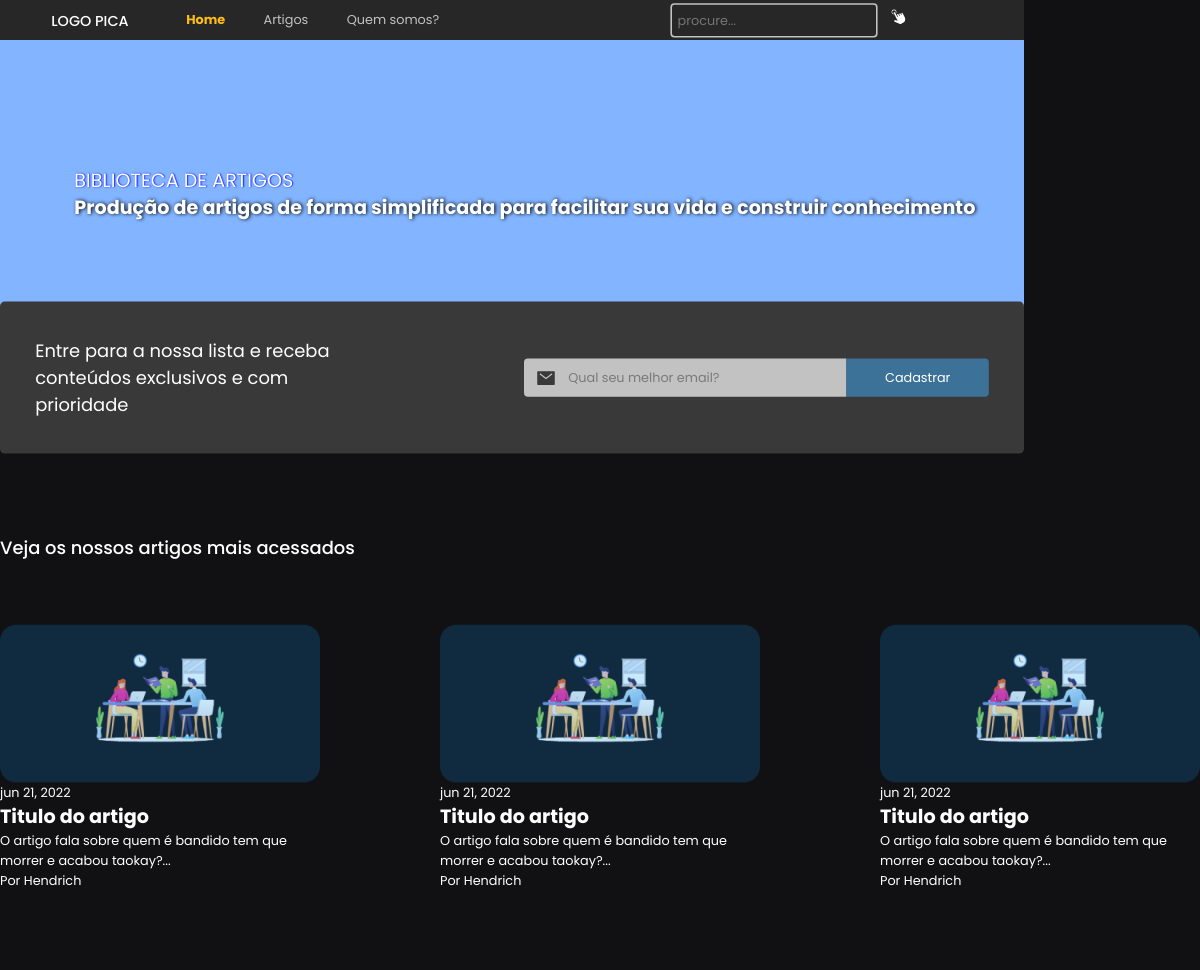
Repository: ArthurHendrich/Inepto
Page: /
These files come from the project's save history. The page is drawn as it stood at one moment and after a run of saves; the edit follows.
The browser window is 1280 px wide. The page is 1500 px wide, then 1280 px, so the pictures cover 1500 px, including what lies to the right of the window. The pictures show the whole page, at 80% of full size.
The project was rebuilt for these pictures with package versions that can differ from the ones it lists, and the page was loaded fresh each time. The framework's server and built-in components were replaced by stand-ins that run in the browser. Also part of the build but not shown: next.config.js.

Above is the page before, as saved 2022-07-06 21:18:03.

### src/pages/_app.tsx
import { AppProps } from "next/app";
import { Header } from "../components/header";

import '../styles/global.scss';

function MyApp({ Component, pageProps }: AppProps) {
  return (
    <>
    <Header />
    <Component {...pageProps} />
    </>
  );
}

export default MyApp;

### src/pages/_document.tsx
import Document, { Html, Head, Main, NextScript } from "next/document";

export default class MyDocument extends Document {
  render() {
    return (
      <Html>
        <Head>
          <link rel="preconnect" href="https://fonts.googleapis.com" />
          <link
            href="https://fonts.googleapis.com/css2?family=Poppins:wght@400;500;700;900&display=swap"
            rel="stylesheet"
          />
          <link rel="shortcut icon" href="favicon.png" type="image/png" />
        </Head>
        <body>
          <Main />
          <NextScript />
        </body>
      </Html>
    );
  }
}

### src/pages/index.tsx
import Head from "next/head";

import styles from "../styles/home.module.scss";

import { IoMailSharp } from 'react-icons/io5';

export default function Home() {
  return (
    <>
      <Head>
        <title>Direito Inepto</title>
      </Head>

      <main>
        <section className={styles.headerContainer}>
          <div className={styles.headerText}>
            <h1>BIBLIOTECA DE ARTIGOS</h1>
            <h2>
              Produção de artigos de forma simplificada para facilitar sua vida
              e construir conhecimento
            </h2>
          </div>
        </section>

        <section className={styles.inputContainer}>
          <h2>
            Entre para a nossa lista e receba conteúdos exclusivos e com
            prioridade
          </h2>
          <div className={styles.inputContent}>
            <div className={styles.ContentFake}>
              <IoMailSharp className={styles.mail}/>
              <input type="text" placeholder="Qual seu melhor email?" />
            </div>
              <button>Cadastrar</button>
          </div>
        </section>

        <section className={styles.acessContainer}>
          <div className={styles.acessTitle}>
            Veja os nossos artigos mais acessados
          </div>
          <div className={styles.acessContent}>
            <div className={styles.contentItem}>
              <img src="images/imagemteste.png" alt="teste" />
              <time>jun 21, 2022</time>
              <h2>Titulo do artigo</h2>
              <p>O artigo fala sobre quem é bandido tem que morrer e acabou taokay?...</p>
              <span>Por Hendrich</span>
            </div>
            <div className={styles.contentItem}>
              <img src="images/imagemteste.png" alt="teste" />
              <time>jun 21, 2022</time>
              <h2>Titulo do artigo</h2>
              <p>O artigo fala sobre quem é bandido tem que morrer e acabou taokay?...</p>
              <span>Por Hendrich</span>
            </div>
            <div className={styles.contentItem}>
              <img src="images/imagemteste.png" alt="teste" />
              <time>jun 21, 2022</time>
              <h2>Titulo do artigo</h2>
              <p>O artigo fala sobre quem é bandido tem que morrer e acabou taokay?...</p>
              <span>Por Hendrich</span>
            </div>
          </div>
        </section>
      </main>
    </>
  );
}

### src/components/header/index.tsx
import styles from "./styles.module.scss";
import { GiClick } from "react-icons/gi";
import { ActiveLink } from "../ActiveLink";
import { useState } from "react";



export function Header() {
  const [inputText, setInputText] = useState('');



  return (
    <header className={styles.headerContainer}>
      <div className={styles.headerContent}>
        <div className={styles.headerItens}>
          <div className={styles.headerLogo}>
            <ActiveLink href="/" activeClassName={styles.active}>
              <a>LOGO PICA</a>
            </ActiveLink>
          </div>

          <nav>
            <ActiveLink href="/" activeClassName={styles.active}>
              <a>Home</a>
            </ActiveLink>

            <ActiveLink href="/posts" activeClassName={styles.active}>
              <a>Artigos</a>
            </ActiveLink>

            <ActiveLink href="/sobre" activeClassName={styles.active}>
              <a>Quem somos?</a>
            </ActiveLink>
          </nav>
        </div>

        <div className={styles.headerSearch}>
          <input
            type="text"
            value={inputText}
            placeholder="procure..."
            onChange={(e) => setInputText(e.target.value)}
          />
          <GiClick className={styles.headerSearchIcon}/>
        </div>
      </div>
    </header>
  );
}

### src/styles/global.scss
* {
  margin: 0;
  padding: 0;
  box-sizing: border-box;
}

:root {
  --white: #FFF;

  --gray-100: #C2C2C2;
  --gray-200: #CCCCCC;
  --gray-300: #7a7a7a;
  --gray-400: #3A3939;
  --gray-500: #272727;
  --gray-900: #111113;

  --blue-200: #3C7198;
  --blue-500: #82B4FF;
  --blue-900: #95D2FF;

  --purple-header: #2F1C6A;
  --purple-content: #492E9E;

  --yellow-500: #FFBE16;
}

@media (max-width: 1080px) {
  html {
    font-size: 93.75%;
  }
}

@media (max-width: 720px) {
  html {
    font-size: 87.5%;
  }
}

body{
  background: var(--gray-900);
  color: var(--white);
}

body, input, textarea, select, button {
  font: 400 1rem 'Poppins', sans-serif;
}

button {
  cursor: pointer;
}

a {
  color: inherit;
  text-decoration: none;
}

### src/styles/home.module.scss
.headerContainer {
  min-height: calc(60vh - 3.125rem);
  margin: 0 auto;
  display: flex;
  justify-content: center;
  align-items: center;
  padding: 0 2rem;
  background: var(--blue-500);

  .headerText {
    padding-left: 2rem;

    font-size: rem;

    h1 {
      font-weight: 50;
      cursor: pointer;
      text-shadow: 1px 0px 2px blue;
    }

    h2{
      font-weight: 700;
      line-height: 2rem;
      text-shadow: 1.5px 0px 5px black;
      cursor: pointer;
    }
  }

  img {
    width: 75%
  }
}

.inputContainer {
  max-width: 1475px;
  margin: 0 auto;
  margin-top: -55px;
  margin-bottom: 100px;
  padding: 2.75rem;
  display: flex;
  align-items: center;
  border-radius: 6px;
  background: var(--gray-400);

  h2 {
    font-size: 1.4rem;
    font-weight: 100;
  }

  .inputContent {
    padding-left: 15rem;
    display: flex;
    align-items: center;

    .ContentFake {
      display: flex;
      align-items: center;
      background: var(--gray-100);
      border-top-left-radius: 5px;
      border-bottom-left-radius: 5px;
      height: 3rem;

      input {
        margin-right: 2rem;
        border: none;
        background-color: transparent;
        color: var(--white);
        outline: none;
      }

      .mail{
        height: 25px;
        width: 25px;
        margin-right: 15px;
        margin-left: 15px;
        color: var(--gray-400);
      }
    }

    button {
      text-align: center;
      height: 3rem;
      background-color: var(--blue-200);
      border: 0;
      padding-left: 3rem;
      padding-right: 3rem;
      border-top-right-radius: 5px;
      border-bottom-right-radius: 5px;
      color: var(--white);

      transition: filter ease 0.2s;

      &:hover {
        filter: brightness(1.2);
      }
    }
  }


  *::placeholder {
    color: var(--gray-300);
  }
}


.acessContainer {
  max-width: 1700px;
  margin: 0 auto;

  .acessTitle {
    font-size: 1.4rem;
    font-weight: 500;
    margin-bottom: 80px;
  }

  .acessContent {
    max-width: 1500px;
    margin: 0 auto;


    display: grid;
    grid-template-columns: repeat(3, 1fr);
    gap: 150px;

    .contentItem {
      display: flex;
      flex-direction: column;
    }
  }

  margin-bottom: 100px;
}

### src/components/header/styles.module.scss
.headerContainer {
  height: 3.125rem;
  background: var(--gray-500);
  color: var(--white);

}


.headerContent {
  height: 3.125rem;
  margin: 0 auto;
  display: flex;
  padding: 0 4rem;
  align-items: center;
  justify-content: space-between;

  .headerItens {
    display: flex;
    align-items: center;
    justify-content: space-between;

    .headerLogo {
      margin-right: 4rem;
      font-size: 1.125rem;
      font-weight: 500;
    }

    nav {
      height: 6rem;

      a {
        display: inline-block;
        position: relative;
        padding: 0 0.5rem;
        height: 6rem;
        line-height: 6rem;
        color: var(--gray-100);
        transition: color 0.2s;

        & + a {
          margin-left: 2rem;
        }

        &:hover {
          color: var(--white);
        }

        &.active{
          color: var(--yellow-500);
          font-weight: bold;
        }
      }
    }
  }

  .headerSearch {
    padding: 0 0.5rem;

    input {
      margin-right: 1rem;
      border: 2px solid var(--gray-100);
      border-radius: 5px;
      background: transparent;
      width: 70%;
      padding: 0.4375rem 0.4375rem;
      color: var(--gray-300);
    }

    .headerSearchIcon {
      height: 20px;
      width: 20px;
      cursor: pointer;

      transition: all 0.2s;

      &:hover {
        color: var(--yellow-500);
        filter: brightness(0.9);
      }
    }
  }
}

### src/components/ActiveLink/index.tsx
import Link, { LinkProps } from "next/link";
import { useRouter } from "next/router";
import { cloneElement, ReactElement } from "react";

interface ActiveLinkProps extends LinkProps {
  children: ReactElement;
  activeClassName: string;
}

export function ActiveLink ({ children, activeClassName, ...rest }: ActiveLinkProps) {
  const { asPath } = useRouter();

  const className = asPath === rest.href ? activeClassName : '';


  return (
    <Link {...rest}>
      {cloneElement(children, { className })}
    </Link>
  )
}

After the next 2 saves:
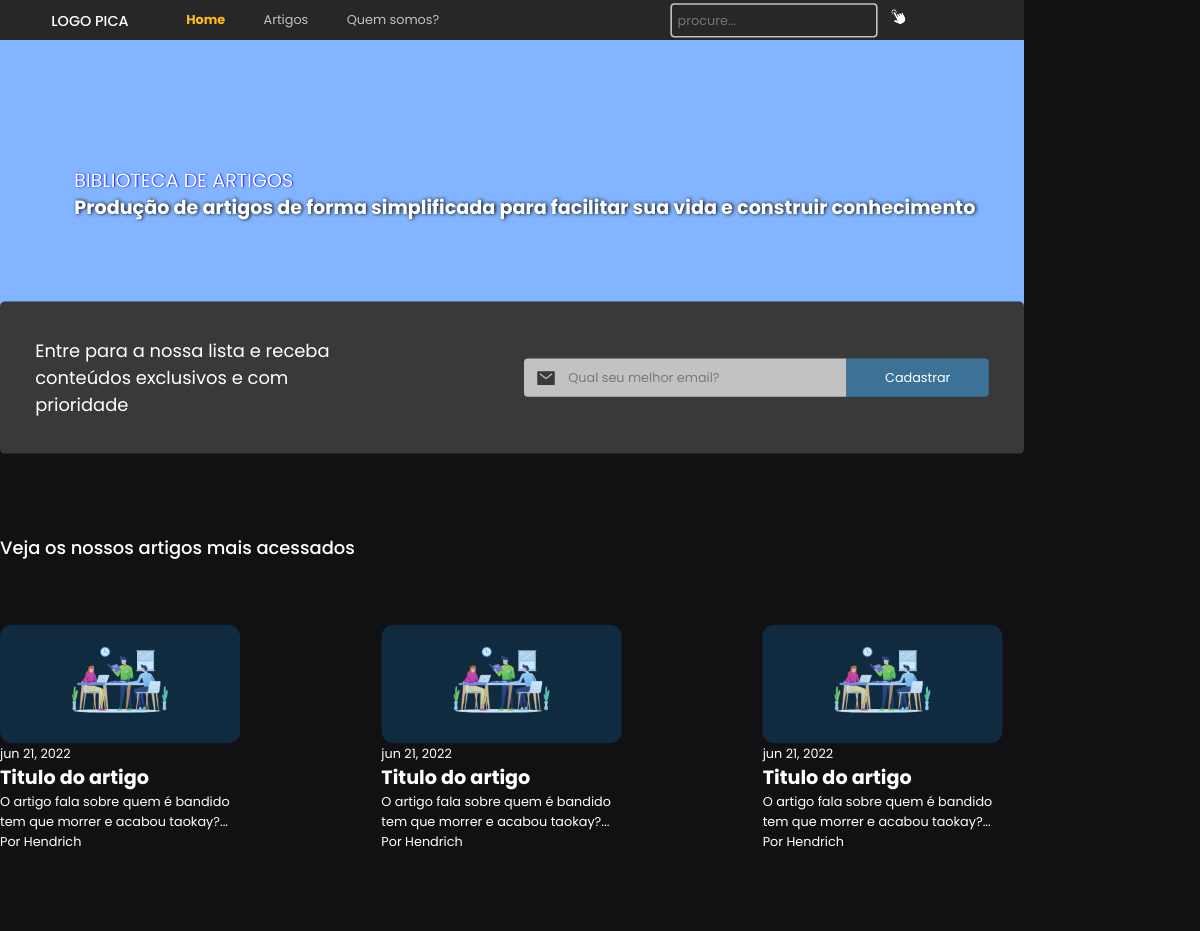
The 2 saves are shown as one change because they came seconds apart.
The last was saved 69 s later.
--- a/src/styles/home.module.scss
+++ b/src/styles/home.module.scss
@@ -125,6 +125,8 @@
     .contentItem {
       display: flex;
       flex-direction: column;
+
+      max-width: 300px;
     }
   }
 
